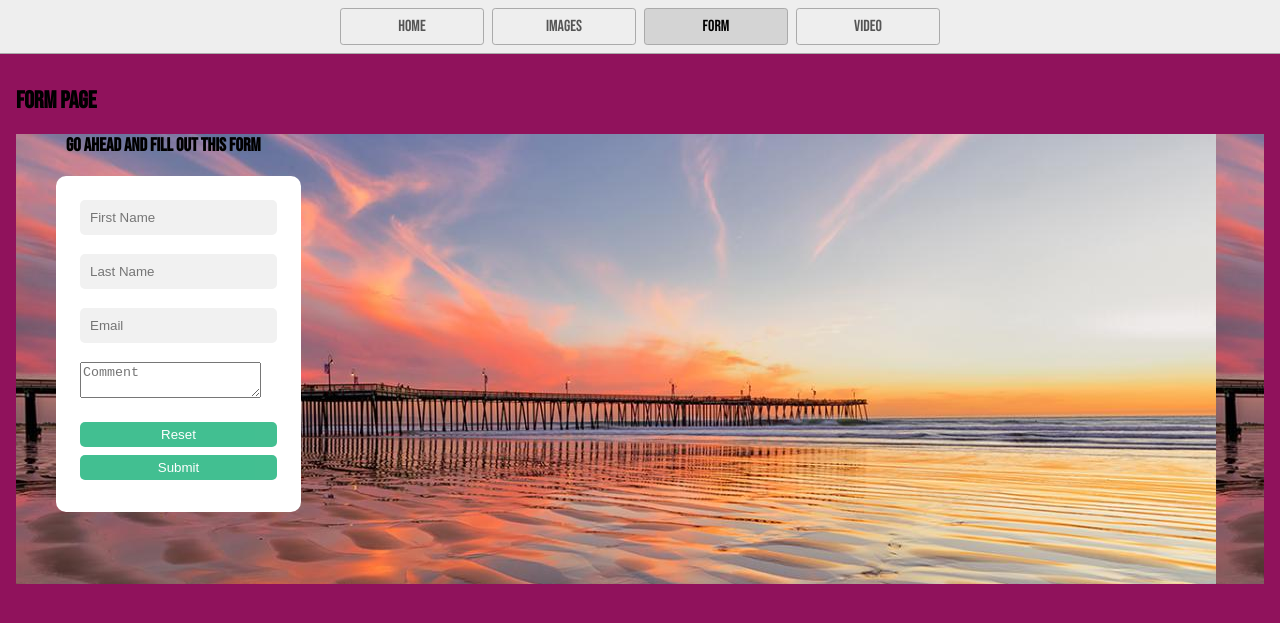
Repository: sebas6292/palmTree-Final
Page: Form.html
The author's editor kept a copy of each file at every save. The page is drawn from the files as they stood at one save, then again after the next save.
The browser window is 1280 px wide. The pictures show the whole page.

Above is the page before, as saved 2023-05-28 13:23:54.

### Form.html
<!DOCTYPE html>
<html lang="en">
  <head>
    <title>Home</title>
    <meta charset="UTF-8" />
    <meta name="viewport" content="width=device-width" />

    <link rel="preconnect" href="https://fonts.googleapis.com">
    <link rel="preconnect" href="https://fonts.gstatic.com" crossorigin>
    <link href="https://fonts.googleapis.com/css2?family=Bebas+Neue&display=swap" rel="stylesheet">
    <link rel="stylesheet" href="styles.css" />

  </head>
  <body>
    <nav>
      <a href="/Home.html">Home</a>
      <a href="/Images.html">Images</a>
      <a href="/Form.html" aria-current="page">Form</a>
      <a href="/Video.html">Video</a>
    </nav>
    <main>
      <h1>Form page</h1>
      <div class="bg-img">
      <h3 class="form-title">Go ahead and fill out this form</h3>
      <form action="/Home.html" target="_blank" class="form-container">

        <input type="text" id="fname" name="fname" placeholder="First Name"><br>
        <br>
        <input type="text" id="lname" name="lname" placeholder="Last Name" ><br>
        <br>
        <input type="text" id="email" name="email" placeholder="Email"><br>
        <br>

        <textarea id="comment" placeholder='Comment' name="comment" ></textarea>
        <br>
        <br>
        <input class="btn" type="reset" value="Reset">
        <input class="btn" type="submit" value="Submit">
      </form>
    </div>
    </main>
  </body>
</html>

### styles.css
* {
    box-sizing: border-box;
  }

  body {
    margin: 0;
    font-family: 'Bebas Neue', sans-serif;
    color: black;
    background-color: white;
  }
  @keyframes body {
    0%   {background-color: white;}
    25%  {background-color: brown}
    50%  {background-color: purple;}
    100% {background-color: black;}
  }
  body {
    background-color: white;
    animation-name: body;
    animation-duration: 15s;
  }

  nav {
    display: flex;
    flex-wrap: wrap;
    align-items: center;
    justify-content: center;
    padding: 0.5rem;
    gap: 0.5rem;
    border-bottom: solid 1px #aaa;
    background-color: #eee;
  }

  nav a {
    display: inline-block;
    min-width: 9rem;
    padding: 0.5rem;
    border-radius: 0.2rem;
    border: solid 1px #aaa;
    text-align: center;
    text-decoration: none;
    color: #555;
  }

  nav a[aria-current='page'] {
    color: #000;
    background-color: #d4d4d4;
  }

  main {
    padding: 1rem;
  }

  h1 {
    font-weight: bold;
    font-size: 1.5rem;
  }
  .form-title {
    margin-left: 50px;
  }

  .bg-img {
    background-image: url('/Assets/pier2.jpeg');
    height: 450px;
  }

  .form-container {
    position: absolute;
    margin: 0 0 0 40px;
    max-width: 400px;
    padding: 24px;
    background-color: white;
    border-radius: 10px;
  }
  input[type=text], input[type=password], input[id=comment] {
    width: 100%;
    padding: 10px;
    /* margin: 5px 0 22px 0; */
    border: none;
    background: #f1f1f1;
    border-radius: 5px;
  }
  .btn {
    background-color: #04AA6D;
    color: white;
    margin-bottom: .5rem ;
    padding: 5px 0 5px 0;
    border: none;
    cursor: pointer;
    border-radius: 5px;
    width: 100%;
    opacity: 0.75;
  }

  .btn:hover {
    opacity: 1;
  }

After the next save:
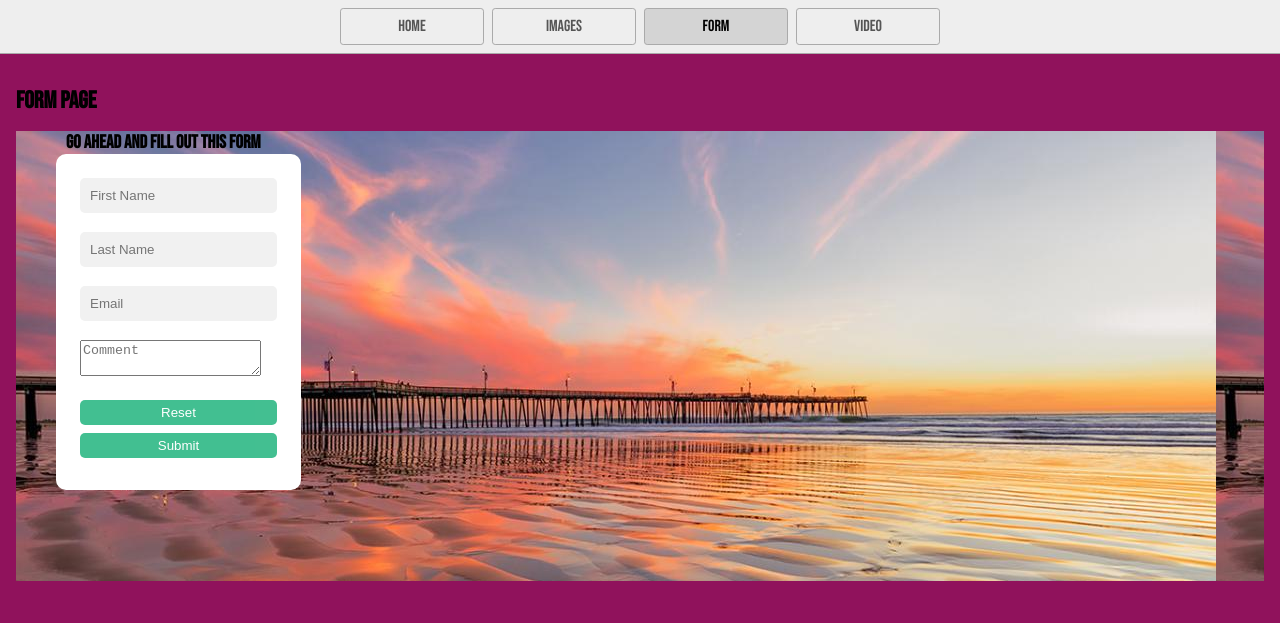
Saved 33 s later.
--- a/styles.css
+++ b/styles.css
@@ -56,7 +56,8 @@
     font-size: 1.5rem;
   }
   .form-title {
-    margin-left: 50px;
+    margin: 10px 0 0 50px;
+
   }
 
   .bg-img {

After the save that followed:
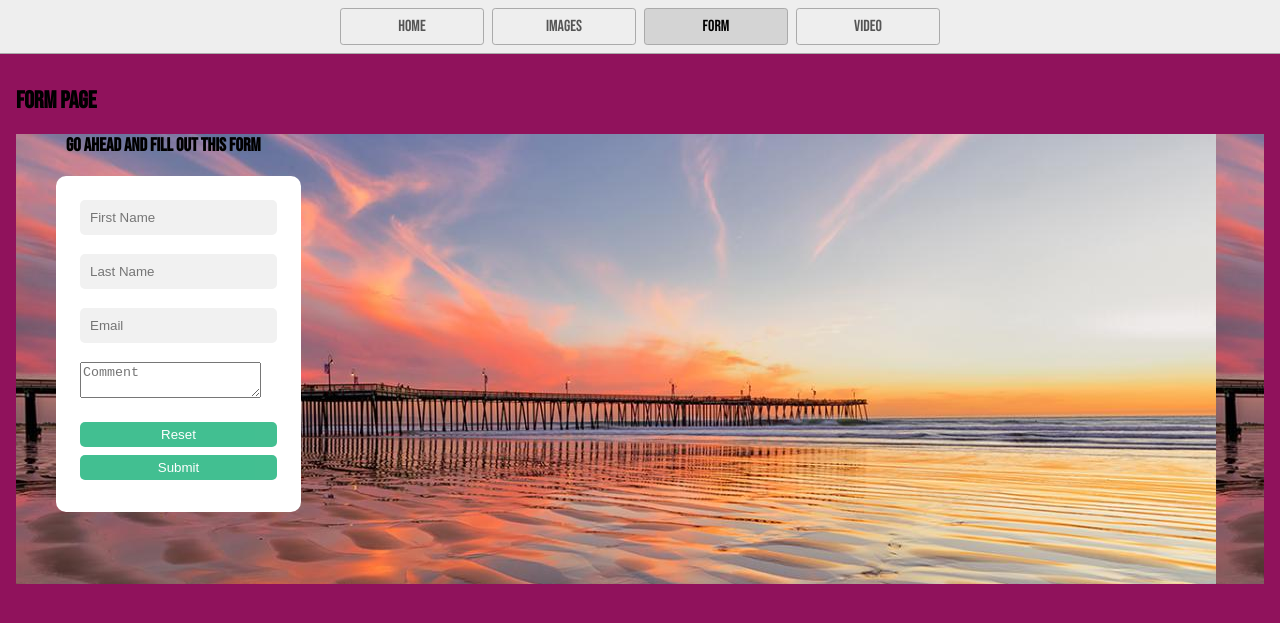
Saved 17 s later.
--- a/styles.css
+++ b/styles.css
@@ -56,8 +56,8 @@
     font-size: 1.5rem;
   }
   .form-title {
-    margin: 10px 0 0 50px;
-
+    /* margin: 10px 0 0 50px; */
+    margin-left: 50px;
   }
 
   .bg-img {
